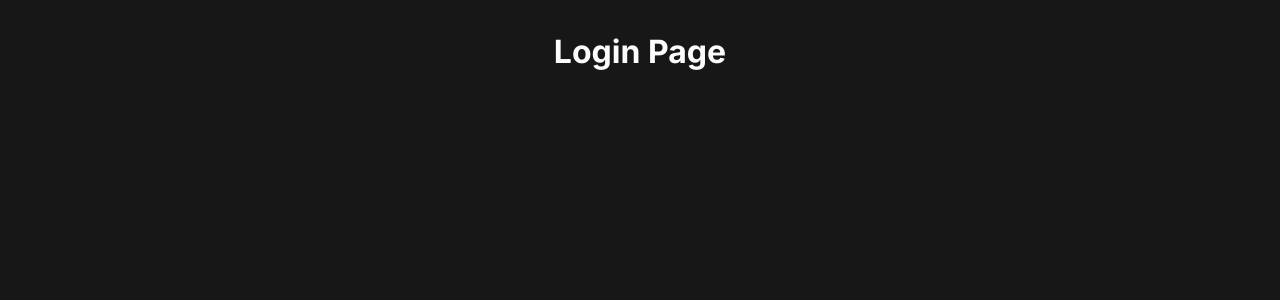
Repository: arifsoul/onsite
Page: /login (app in onsite/)
The author's editor kept a copy of each file at every save. The page is drawn from the files as they stood at one save, then again after the next save.
The browser window is 1280 px wide. The pictures show the whole page.
The project was rebuilt for these pictures with package versions that can differ from the ones it lists, and the page was loaded fresh each time. Also part of the build but not shown: onsite/vite.config.js, onsite/src/components/Editor/CSSPanel.jsx, onsite/src/components/Editor/JSPanel.jsx, onsite/src/components/Editor/ComponentEditor.css, onsite/src/components/Editor/ComponentEditor.jsx, onsite/src/components/Preview/LivePreview.jsx, onsite/src/components/Auth/GoogleLogin.css, onsite/src/components/Auth/GoogleLogin.jsx and 13 more.

Above is the page before, as saved 2025-04-16 12:02:00.

### onsite/src/index.css
/* src/index.css */
@import url('https://fonts.googleapis.com/css2?family=Inter:wght@400;600;700&display=swap');

* {
  margin: 0;
  padding: 0;
  box-sizing: border-box;
}

html, body {
  height: 100%;
  width: 100%;
  overflow-x: hidden; /* Mencegah scroll horizontal */
}

body {
  font-family: 'Inter', sans-serif;
  background-color: #f8f9fa;
}

#root {
  display: flex;
  flex-direction: column;
  min-height: 100vh;
  width: 100%;
}

### onsite/src/App.jsx
import { BrowserRouter as Router, Routes, Route } from 'react-router-dom';
import { Auth0Provider } from '@auth0/auth0-react';
import { CodeProvider } from './context/CodeContext';
import Home from './pages/Home';
import Editor from './pages/Editor';
import Login from './pages/Login';
import Pricing from './pages/Pricing';
import Docs from './pages/Docs';
import Contact from './pages/Contact';
import './App.css';

function App() {
  return (
    <Auth0Provider
      domain={import.meta.env.VITE_AUTH0_DOMAIN}
      clientId={import.meta.env.VITE_AUTH0_CLIENT_ID}
      redirectUri={window.location.origin}
    >
      <CodeProvider>
        <Router>
          <Routes>
            <Route path="/" element={<Home />} />
            <Route path="/login" element={<Login />} />
            <Route path="/editor" element={<Editor />} />
            <Route path="/pricing" element={<Pricing />} />
            <Route path="/docs" element={<Docs />} />
            <Route path="/contact" element={<Contact />} />
          </Routes>
        </Router>
      </CodeProvider>
    </Auth0Provider>
  );
}

export default App;

### onsite/src/context/CodeContext.jsx
import { createContext, useState, useContext } from 'react';

export const CodeContext = createContext();

export const CodeProvider = ({ children }) => {
  const [generatedCode, setGeneratedCode] = useState({
    html: '',
    css: '',
    js: '',
  });
  const [components, setComponents] = useState([]);

  const updateComponent = (id, updates) => {
    setComponents((prev) =>
      prev.map((comp) =>
        comp.id === id ? { ...comp, ...updates } : comp
      )
    );
  };

  return (
    <CodeContext.Provider
      value={{ generatedCode, setGeneratedCode, components, setComponents, updateComponent }}
    >
      {children}
    </CodeContext.Provider>
  );
};

export const useCode = () => useContext(CodeContext);

### onsite/src/pages/Login.jsx
import React from 'react';
import NavMenu from '../components/Navigation/NavMenu';

function Login() {
  return (
    <div className="login-page">
      <h1>Login Page</h1>
      {/* Add login form components here */}
    </div>
  );
}

export default Login;

### onsite/src/pages/Home.css
@import url('https://fonts.googleapis.com/css2?family=Inter:wght@300;400;500;600;700&display=swap');

:root {
  --gray1: hsl(0, 0%, 99%);
  --gray2: hsl(0, 0%, 97.3%);
  --gray3: hsl(0, 0%, 95.1%);
  --gray4: hsl(0, 0%, 93%);
  --gray12: hsl(0, 0%, 9%);
  --primary: hsl(270, 60%, 50%);
  --primary-hover: hsl(270, 60%, 45%);
  --normal-bg: hsl(0, 0%, 9%);
  --normal-border: hsl(0, 0%, 20%);
  --normal-text: hsl(0, 0%, 99%);
}

body {
  margin: 0;
  font-family: 'Inter', ui-sans-serif, system-ui, -apple-system, BlinkMacSystemFont, 'Segoe UI', Roboto, 'Helvetica Neue', Arial, 'Noto Sans', sans-serif;
  background: var(--normal-bg);
  color: var(--normal-text);
  overflow-x: hidden;
}

/* Layout Container */
.home-container {
  display: flex;
  flex-direction: column;
  min-height: 100vh;
  max-width: 100%;
}

/* Header */
.home-header {
  display: flex;
  justify-content: space-between;
  align-items: center;
  padding: 1rem 2rem;
  background: rgba(0, 0, 0, 0.95);
  border-bottom: 1px solid var(--normal-border);
  position: fixed;
  top: 0;
  left: 0;
  width: 100%;
  z-index: 1000;
}

.header-content {
  display: flex;
  justify-content: space-between;
  align-items: center;
  max-width: 1440px;
  width: 100%;
  margin: 0 auto;
}

.logo h1 {
  font-size: 1.5rem;
  font-weight: 700;
  color: var(--gray1);
  margin: 0;
}

.logo span {
  font-size: 0.875rem;
  font-weight: 400;
  color: var(--gray3);
}

.nav-menu ul {
  list-style: none;
  display: flex;
  gap: 1.5rem;
  margin: 0;
  padding: 0;
}

.nav-menu a {
  text-decoration: none;
  color: var(--gray2);
  font-weight: 500;
  font-size: 0.95rem;
  transition: color 0.2s ease;
}

.nav-menu a:hover {
  color: var(--primary);
}

/* Main Content */
.home-main {
  padding: 80px 2rem 2rem;
  max-width: 1440px;
  margin: 0 auto;
  width: 100%;
}

/* Hero Section */
.hero-section {
  text-align: center;
  padding: 6rem 2rem;
  border-radius: 16px;
  margin-bottom: 4rem;
}

.hero-section h1 {
  font-size: 3rem;
  font-weight: 700;
  margin-bottom: 1.5rem;
  color: var(--gray1);
}

.hero-section p {
  font-size: 1.2rem;
  font-weight: 400;
  max-width: 800px;
  margin: 0 auto 2rem;
  color: var(--gray3);
}

.hero-cta {
  display: inline-flex;
  align-items: center;
  gap: 0.5rem;
  padding: 0.75rem 2rem;
  background: linear-gradient(90deg, var(--primary), hsl(270, 60%, 60%));
  color: var(--gray1);
  text-decoration: none;
  border-radius: 9999px;
  font-size: 1rem;
  font-weight: 600;
  transition: background 0.3s ease, transform 0.2s ease;
}

.hero-cta:hover {
  background: linear-gradient(90deg, var(--primary-hover), hsl(270, 60%, 55%));
  transform: translateY(-2px);
}

/* Feature Section */
.feature-section {
  margin-bottom: 4rem;
}

.feature-header {
  text-align: center;
  margin-bottom: 3rem;
}

.feature-header h2 {
  font-size: 2.25rem;
  font-weight: 700;
  color: var(--gray1);
}

.feature-header p {
  font-size: 1.1rem;
  color: var(--gray3);
  max-width: 800px;
  margin: 0.5rem auto 0;
}

.feature-list {
  display: grid;
  grid-template-columns: repeat(auto-fit, minmax(300px, 1fr));
  gap: 2rem;
  list-style: none;
  padding: 0;
}

.feature-card {
  padding: 2rem;
  background: rgba(255, 255, 255, 0.05);
  border: 1px solid var(--normal-border);
  border-radius: 16px;
  transition: transform 0.3s ease, box-shadow 0.3s ease;
}

.feature-card:hover {
  transform: translateY(-5px);
  box-shadow: 0 4px 12px rgba(0, 0, 0, 0.2);
}

.feature-icon {
  width: 24px;
  height: 24px;
  color: var(--primary);
  margin-bottom: 1rem;
}

.feature-card h3 {
  font-size: 1.5rem;
  font-weight: 600;
  color: var(--gray1);
  margin-bottom: 0.5rem;
}

.feature-card p {
  font-size: 1rem;
  color: var(--gray3);
}

/* Code Playground */
.code-playground {
  display: flex;
  flex-direction: column;
  gap: 2rem;
  padding: 3rem 2rem;
  background: rgba(255, 255, 255, 0.03);
  border-radius: 16px;
  margin-bottom: 4rem;
}

.playground-header {
  text-align: center;
  margin-bottom: 2rem;
}

.playground-header h2 {
  font-size: 2.25rem;
  font-weight: 700;
  color: var(--gray1);
}

.playground-header p {
  font-size: 1.1rem;
  color: var(--gray3);
}

.generator-section,
.preview-section,
.editor-section {
  padding: 2rem;
  background: rgba(255, 255, 255, 0.05);
  border: 1px solid var(--normal-border);
  border-radius: 12px;
}

.generator-section h3,
.preview-section h3,
.editor-section h3 {
  font-size: 1.75rem;
  font-weight: 600;
  color: var(--gray1);
  margin-bottom: 1rem;
}

.generator-inputs {
  display: flex;
  flex-direction: column;
  gap: 1.5rem;
  width: 100%;
}

.generator-file h4 {
  font-size: 1.1rem;
  font-weight: 500;
  color: var(--gray2);
  margin-bottom: 0.5rem;
}

.generator-file textarea,
.code-editor textarea {
  width: 100%;
  height: 200px;
  font-family: 'Courier New', monospace;
  font-size: 0.95rem;
  padding: 1rem;
  border: none;
  border-radius: 8px;
  background: hsl(0, 0%, 12%);
  color: var(--gray1);
  resize: vertical;
  box-shadow: inset 0 2px 8px rgba(0, 0, 0, 0.1);
  transition: box-shadow 0.2s ease;
}

.generator-file textarea:focus,
.code-editor textarea:focus {
  outline: none;
  box-shadow: 0 0 0 3px rgba(108, 67, 255, 0.3);
}

.preview-iframe {
  width: 100%;
  height: 450px;
  border: none;
  border-radius: 12px;
  background: hsl(0, 0%, 12%);
  box-shadow: 0 4px 12px rgba(0, 0, 0, 0.2);
}

.tabs {
  display: flex;
  gap: 0.5rem;
  margin-bottom: 1rem;
}

.tabs button {
  padding: 0.5rem 1.5rem;
  background: rgba(255, 255, 255, 0.1);
  border: 1px solid var(--normal-border);
  border-radius: 9999px;
  font-size: 0.95rem;
  font-weight: 500;
  color: var(--gray2);
  cursor: pointer;
  transition: all 0.2s ease;
}

.tabs button.active {
  background: var(--primary);
  color: var(--gray1);
  border-color: var(--primary);
}

.tabs button:hover:not(.active) {
  background: rgba(255, 255, 255, 0.15);
}

/* Footer */
.home-footer {
  text-align: center;
  padding: 2rem;
  background: rgba(0, 0, 0, 0.95);
  border-top: 1px solid var(--normal-border);
  color: var(--gray3);
  font-size: 0.9rem;
}

.footer-content {
  max-width: 1440px;
  margin: 0 auto;
  display: flex;
  justify-content: center;
  align-items: center;
  gap: 1rem;
}

.footer-link {
  color: var(--primary);
  text-decoration: none;
}

.footer-link:hover {
  text-decoration: underline;
}

/* Animations */
@keyframes fadeIn {
  from { opacity: 0; transform: translateY(10px); }
  to { opacity: 1; transform: translateY(0); }
}

.hero-section,
.feature-card,
.generator-section,
.preview-section,
.editor-section {
  animation: fadeIn 0.5s ease-out;
}

/* Responsive Design */
@media (max-width: 1024px) {
  .home-main {
    padding: 80px 1rem 2rem;
  }

  .feature-list {
    grid-template-columns: 1fr;
  }

  .feature-card {
    width: 90%;
    margin: 0 auto;
  }

  .hero-section h1 {
    font-size: 2.5rem;
  }

  .hero-section p {
    font-size: 1.1rem;
    max-width: 600px;
  }
}

@media (max-width: 768px) {
  .home-header {
    flex-direction: column;
    align-items: flex-start;
    padding: 1rem;
  }

  .header-content {
    flex-direction: column;
    align-items: flex-start;
    gap: 1rem;
  }

  .nav-menu ul {
    flex-direction: column;
    gap: 0.75rem;
    width: 100%;
  }

  .hero-section {
    padding: 4rem 1rem;
  }

  .hero-section h1 {
    font-size: 2rem;
  }

  .hero-section p {
    font-size: 1rem;
  }

  .code-playground {
    padding: 2rem 1rem;
  }

  .generator-section,
  .preview-section,
  .editor-section {
    padding: 1.5rem;
  }

  .generator-file textarea,
  .code-editor textarea {
    height: 150px;
  }

  .preview-iframe {
    height: 350px;
  }

  .feature-header h2,
  .playground-header h2 {
    font-size: 1.75rem;
  }

  .feature-header p,
  .playground-header p {
    font-size: 1rem;
  }
}

@media (max-width: 600px) {
  .home-main {
    padding: 70px 0.5rem 1rem;
  }

  .hero-cta {
    padding: 0.6rem 1.5rem;
    font-size: 0.9rem;
  }

  .generator-section h3,
  .preview-section h3,
  .editor-section h3 {
    font-size: 1.25rem;
  }

  .generator-file h4 {
    font-size: 0.95rem;
  }

  .tabs button {
    padding: 0.4rem 1rem;
    font-size: 0.85rem;
  }
}

### onsite/src/components/Preview/LivePreview.css
/* Menggunakan CDN Font Awesome untuk ikon */
@import url('https://cdnjs.cloudflare.com/ajax/libs/font-awesome/6.4.0/css/all.min.css');

.preview-container {
  display: flex;
  flex-direction: column;
  gap: 15px;
  width: 100%;
  background: linear-gradient(135deg, #2a2e35 0%, #4a4e69 100%); /* Darker gradient */
  padding: 20px;
  border-radius: 10px;
  box-shadow: 0 4px 12px rgba(0, 0, 0, 0.3); /* Stronger shadow for dark theme */
}

.preview-tabs {
  display: flex;
  gap: 10px;
}

.preview-tabs button {
  padding: 10px 20px;
  border: none;
  background: #3a3f4a; /* Darker button background */
  cursor: pointer;
  border-radius: 8px;
  font-size: 14px;
  font-weight: 600;
  color: #d4d4d4; /* Lighter text for contrast */
  transition: all 0.3s ease;
  display: flex;
  align-items: center;
  gap: 8px;
  box-shadow: 0 2px 6px rgba(0, 0, 0, 0.2);
}

.preview-tabs button.active {
  background: #007bff;
  color: white;
  box-shadow: 0 4px 8px rgba(0, 123, 255, 0.3);
}

.preview-tabs button:hover {
  background: #4a5263; /* Slightly lighter on hover */
  transform: translateY(-2px);
}

.preview-iframe-container {
  transition: height 0.3s ease;
  overflow: hidden;
}

.preview-iframe-container.expanded {
  height: 500px; /* Tinggi lebih besar untuk tampilan lebih luas */
}

.preview-iframe-container.collapsed {
  height: 0;
}

.preview-iframe {
  width: 100%;
  height: 100%;
  border: none;
  border-radius: 8px;
  background: #1e1e1e; /* Darker iframe background */
  box-shadow: 0 4px 12px rgba(0, 0, 0, 0.3);
}

.code-preview {
  display: flex;
  flex-direction: column;
  gap: 15px;
}

.code-tabs {
  display: flex;
  gap: 10px;
  flex-wrap: wrap;
}

.tab-container {
  display: flex;
  align-items: center;
  gap: 5px;
}

.code-tabs button {
  padding: 10px 20px;
  border: none;
  background: #3a3f4a; /* Darker button background */
  cursor: pointer;
  border-radius: 8px;
  font-size: 14px;
  font-weight: 600;
  color: #d4d4d4; /* Lighter text for contrast */
  transition: all 0.3s ease;
  display: flex;
  align-items: center;
  gap: 8px;
  box-shadow: 0 2px 6px rgba(0, 0, 0, 0.2);
}

.code-tabs button.active {
  background: #007bff;
  color: white;
  box-shadow: 0 4px 8px rgba(0, 123, 255, 0.3);
}

.code-tabs button:hover {
  background: #4a5263; /* Slightly lighter on hover */
  transform: translateY(-2px);
}

.copy-button {
  padding: 8px;
  background: #3a3f4a; /* Darker button background */
  border-radius: 6px;
  font-size: 12px;
  color: #d4d4d4; /* Lighter text */
}

.copy-button:hover {
  background: #4a5263; /* Slightly lighter on hover */
  transform: translateY(-2px);
}

.copy-button:active {
  background: #007bff;
  color: white;
}

.code-content {
  width: 100%;
  display: flex;
  flex-direction: column;
  justify-content: flex-start; /* Align content to the left */
  text-align: left; /* Ensure text is left-aligned */
}

/* Gaya untuk CodeMirror */
.cm-editor {
  border: 1px solid #4a4e69; /* Darker border */
  border-radius: 8px;
  background: #1a1a1a; /* Darker editor background */
  color: #d4d4d4;
  box-shadow: 0 4px 12px rgba(0, 0, 0, 0.3);
  text-align: left; /* Explicitly left-align code */
}

.cm-editor:focus {
  outline: none;
  border-color: #007bff;
  box-shadow: 0 0 8px rgba(0, 123, 255, 0.3);
}

### onsite/src/components/Navigation/NavMenu.jsx
import React, { useState } from 'react';
import { Link } from 'react-router-dom';
import GoogleLogin from '../Auth/GoogleLogin';
import './NavMenu.css';

const NavMenu = () => {
  const [isOpen, setIsOpen] = useState(false);

  const toggleMenu = () => {
    setIsOpen(!isOpen);
  };

  return (
    <nav className="nav-menu">
      <div className="nav-logo">
        <Link to="/" onClick={() => setIsOpen(false)}>
          <h1>Onsite</h1>
        </Link>
      </div>
      <button className="hamburger" onClick={toggleMenu} aria-label="Toggle menu">
        <span className="hamburger-icon"></span>
      </button>
      <ul className={isOpen ? 'open' : ''}>
        <li><Link to="/" onClick={() => setIsOpen(false)}>Home</Link></li>
        <li><Link to="/pricing" onClick={() => setIsOpen(false)}>Pricing</Link></li>
        <li><Link to="/docs" onClick={() => setIsOpen(false)}>Docs</Link></li>
        <li><Link to="/contact" onClick={() => setIsOpen(false)}>Contact</Link></li>
        <li className="nav-login">
          <Link to="/login" onClick={() => setIsOpen(false)}>Login</Link>
        </li>
      </ul>
    </nav>
  );
};

export default NavMenu;

### onsite/src/components/Navigation/NavMenu.css
.nav-menu {
    display: flex;
    align-items: center;
    justify-content: space-between;
    width: 100%;
  }

  .nav-logo h1 {
    font-size: 1.5rem;
    font-weight: 700;
    color: var(--gray1);
    margin: 0;
  }

  .nav-menu ul {
    list-style: none;
    display: flex;
    gap: 1.5rem;
    margin: 0;
    padding: 0;
  }

  .nav-menu li {
    display: flex;
    align-items: center;
  }

  .nav-menu a {
    text-decoration: none;
    color: var(--gray2);
    font-weight: 500;
    font-size: 0.95rem;
    transition: color 0.2s ease;
  }

  .nav-menu a:hover {
    color: var(--primary);
  }

  .nav-login {
    margin-left: 1rem;
  }

  /* Hamburger styles */
  .hamburger {
    display: none;
    background: none;
    border: none;
    cursor: pointer;
    padding: 0.5rem;
  }

  .hamburger-icon,
  .hamburger-icon::before,
  .hamburger-icon::after {
    width: 24px;
    height: 3px;
    background: var(--gray2);
    display: block;
    transition: all 0.3s ease;
  }

  .hamburger-icon {
    position: relative;
  }

  .hamburger-icon::before,
  .hamburger-icon::after {
    content: '';
    position: absolute;
    left: 0;
  }

  .hamburger-icon::before {
    top: -8px;
  }

  .hamburger-icon::after {
    bottom: -8px;
  }

  .nav-menu.open .hamburger-icon {
    background: transparent;
  }

  .nav-menu.open .hamburger-icon::before {
    transform: rotate(45deg);
    top: 0;
  }

  .nav-menu.open .hamburger-icon::after {
    transform: rotate(-45deg);
    bottom: 0;
  }

  /* Mobile styles */
  @media (max-width: 768px) {
    .nav-menu {
      position: relative;
      flex-wrap: wrap;
    }

    .nav-logo {
      flex: 1;
    }

    .hamburger {
      display: block;
      z-index: 1001;
    }

    .nav-menu ul {
      display: none;
      flex-direction: column;
      position: absolute;
      top: 100%;
      left: 0;
      width: 100%;
      background: rgba(0, 0, 0, 0.95);
      padding: 1rem;
      border-bottom: 1px solid var(--normal-border);
      z-index: 1000;
    }

    .nav-menu ul.open {
      display: flex;
    }

    .nav-menu li {
      padding: 0.75rem 0;
      justify-content: center;
    }

    .nav-menu a {
      font-size: 1rem;
    }

    .nav-login {
      margin-left: 0;
      width: 100%;
      justify-content: center;
    }
  }

  /* Ensure header compatibility */
  @media (max-width: 768px) {
    .home-header {
      position: relative;
    }
  }

Loaded but not shown: onsite/index.html (common file); onsite/src/main.jsx (common file); onsite/src/App.css (common file)

After the next save:
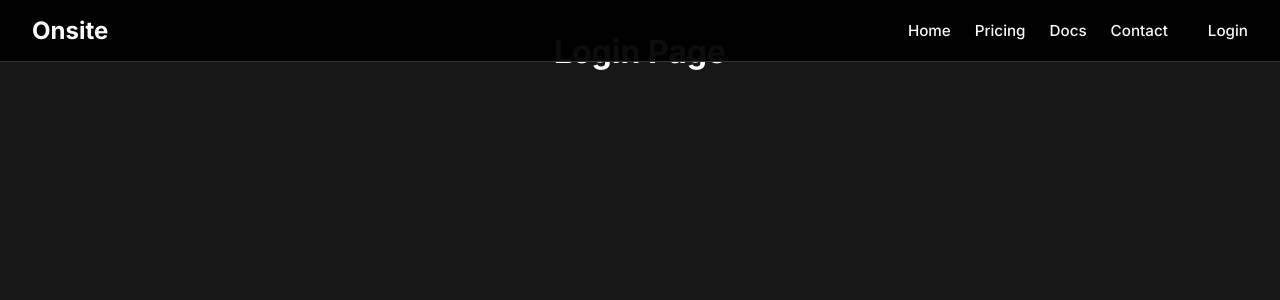
Saved 6 s later.
--- a/onsite/src/pages/Login.jsx
+++ b/onsite/src/pages/Login.jsx
@@ -4,6 +4,9 @@
 function Login() {
   return (
     <div className="login-page">
+      <header className="home-header">
+        <NavMenu />
+      </header>
       <h1>Login Page</h1>
       {/* Add login form components here */}
     </div>
